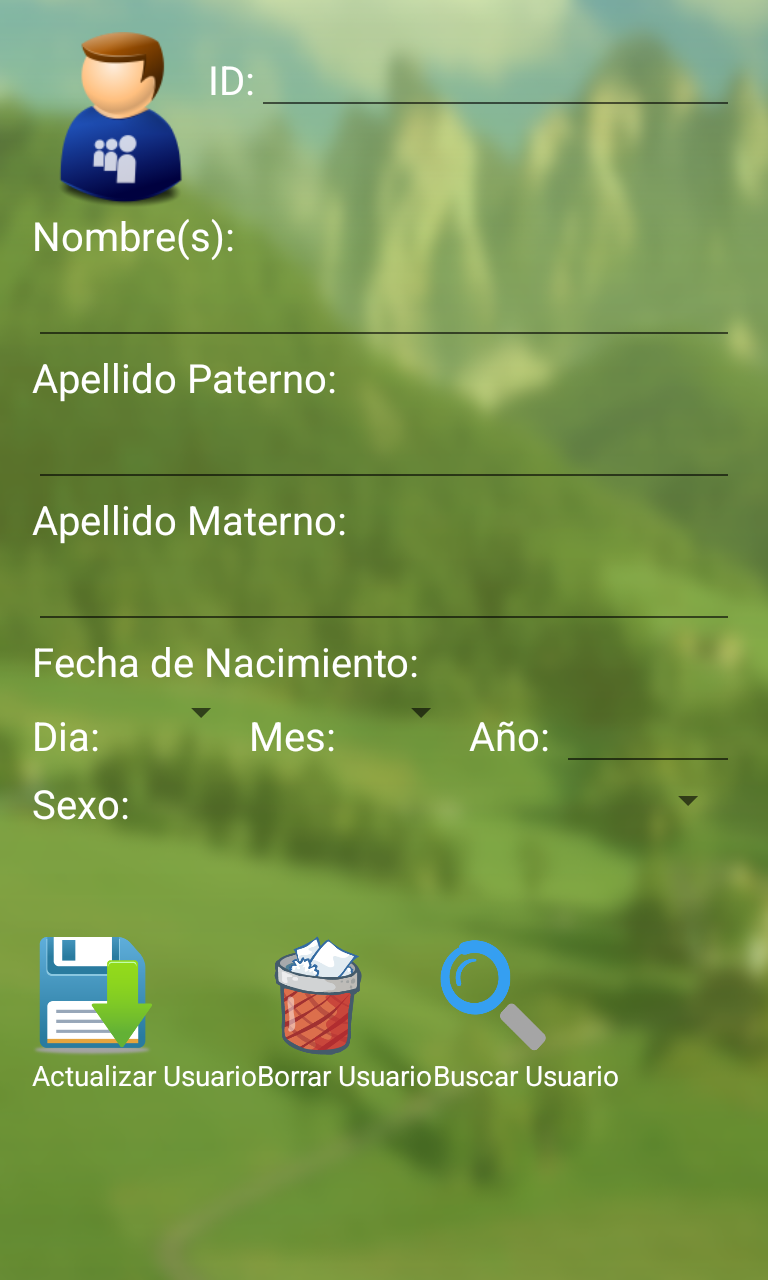
Repository: AntonioloNeviani/ProyectoDeInvestigacion_Android
Layout: FiliiStude/res/layout/activity_editar_usuario.xml
An editor plug-in stored every save of this project. The layout is shown before and after the next save, followed by the edit.
It is drawn on a 768 x 1280 px phone screen (xhdpi) without system bars, with theme AppTheme; the app's code is not run.

Above is the layout before, as saved 2015-05-26 18:41:34.

After the next save:
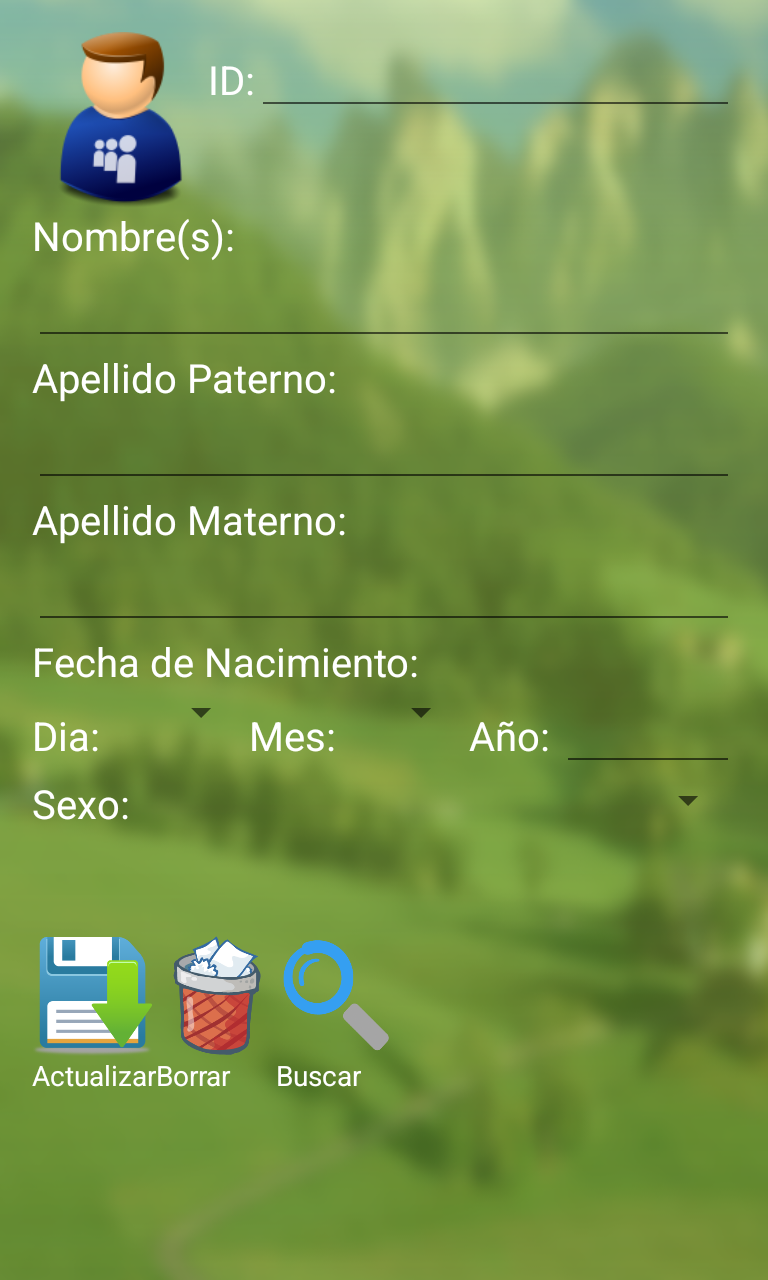
Saved 101 s later.
--- a/FiliiStude/res/layout/activity_editar_usuario.xml
+++ b/FiliiStude/res/layout/activity_editar_usuario.xml
@@ -199,7 +199,7 @@
                         android:layout_width="wrap_content"
                         android:layout_height="wrap_content"
                         android:textColor="#FFFFFF"
-                        android:text="Actualizar Usuario" />
+                        android:text="Actualizar" />
 
                 </LinearLayout>
 
@@ -220,7 +220,7 @@
                         android:layout_width="wrap_content"
                         android:layout_height="wrap_content"
                         android:textColor="#FFFFFF"
-                        android:text="Borrar Usuario" />
+                        android:text="Borrar" />
 
                 </LinearLayout>
 
@@ -242,7 +242,7 @@
                         android:layout_width="wrap_content"
                         android:layout_height="wrap_content"
                         android:textColor="#FFFFFF"
-                        android:text="Buscar Usuario" />
+                        android:text="Buscar" />
 
                 </LinearLayout>
 
